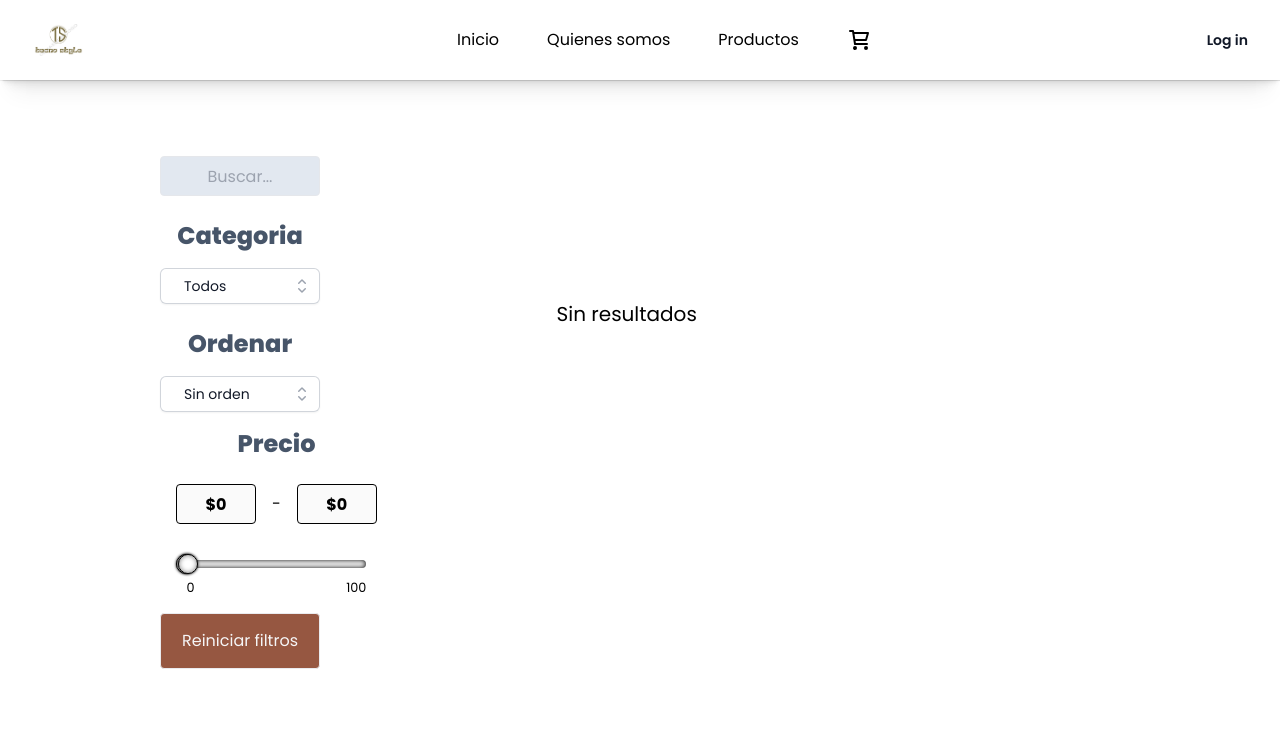
Repository: aitorcachero/api-eshop
Page: /products
The author's editor kept a copy of each file at every save. The page is drawn from the files as they stood at one save, then again after the next save.
The browser window is 1280 px wide. The pictures show the whole page.
The page's requests for data from a server got no answer. The project was rebuilt for these pictures with package versions that can differ from the ones it lists, and the page was loaded fresh each time. No one was signed in, and anything a server would have sent is missing. Also part of the build but not shown: vite.config.js, src/pages/LoginPage/LoginPage.jsx, src/components/ProductCard/ProductCard.jsx, src/components/Loader/Loader.css, src/components/Loader/Loader.jsx, src/components/MultiRangeSlider/MultiRangeSliderBlack.css, src/pages/HomePage/HomePage.jsx, src/services/products/getProductById.js and 4 more.

Above is the page before, as saved 2024-02-23 13:20:08.

After the next save:
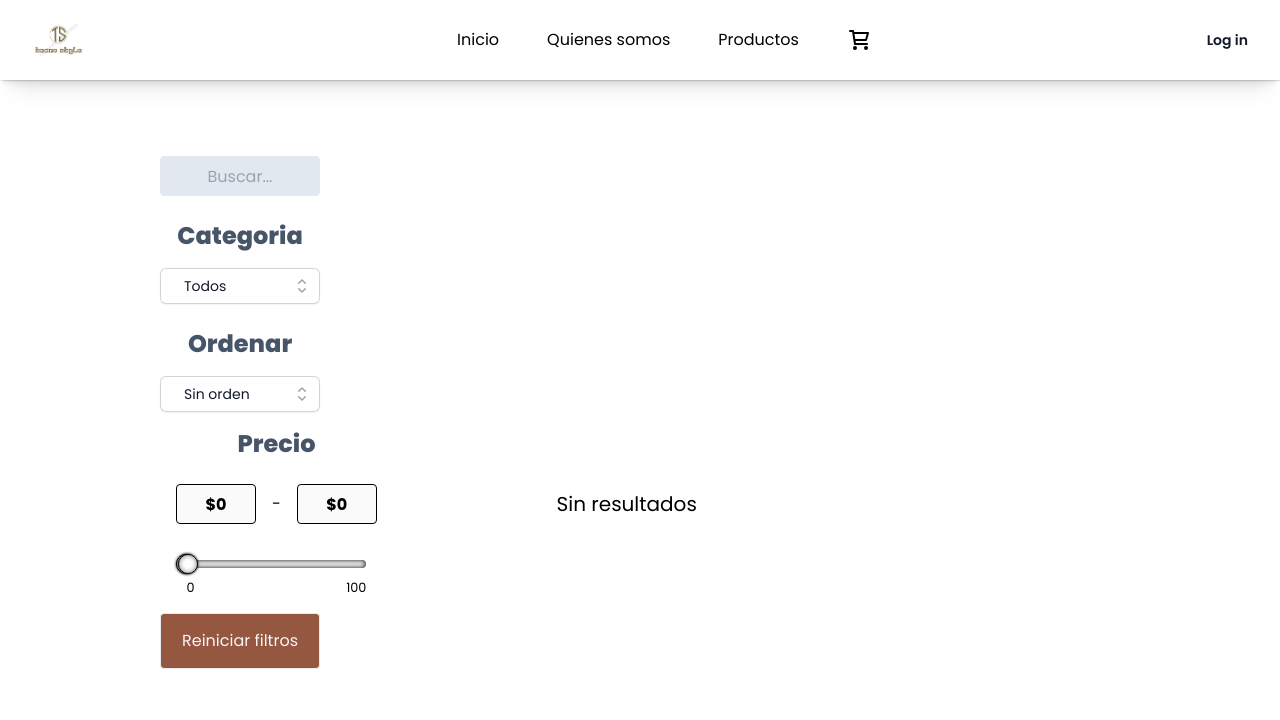
Saved 2 min 37 s later.
--- a/src/pages/ProductsPage/ProductsPage.jsx
+++ b/src/pages/ProductsPage/ProductsPage.jsx
@@ -126,7 +126,7 @@
 
   return filteredProducts ? (
     <div className="h-screen  flex flex-col justify-center items-center">
-      <div className="flex flex-col justify-center items-center lg:justify-start lg:items-center h-full mt-72 lg:w-3/4  lg:flex-row">
+      <div className="flex flex-col justify-center items-center lg:justify-start lg:items-center  mt-72 lg:w-3/4  lg:flex-row">
         <aside className="w-1/4 mt-48 lg:min-h-full lg:mt-6 flex flex-col items-center justify-start lg:fixed lg:items-start">
           <div className="w-92 lg:w-2/4 mt-48 lg:mt-0 ">
             <input

After the save that followed:
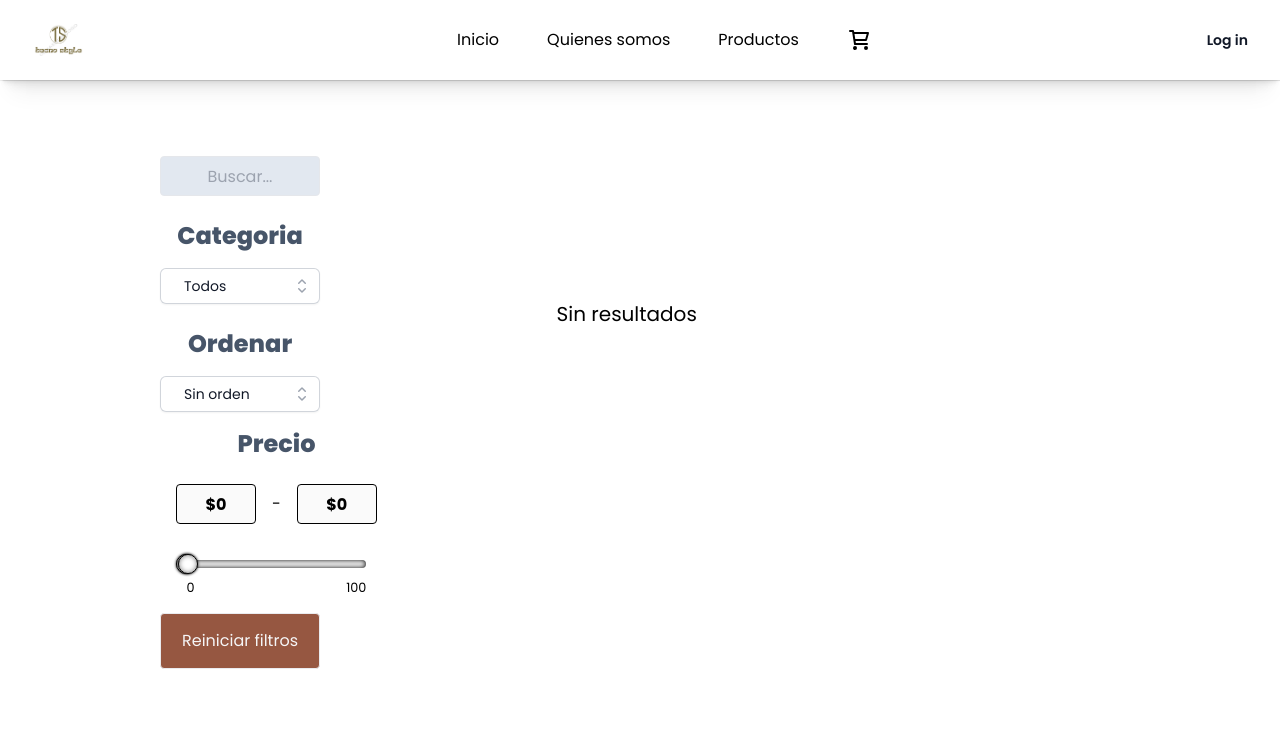
Saved 20 s later.
--- a/src/pages/ProductsPage/ProductsPage.jsx
+++ b/src/pages/ProductsPage/ProductsPage.jsx
@@ -126,7 +126,7 @@
 
   return filteredProducts ? (
     <div className="h-screen  flex flex-col justify-center items-center">
-      <div className="flex flex-col justify-center items-center lg:justify-start lg:items-center  mt-72 lg:w-3/4  lg:flex-row">
+      <div className="flex flex-col justify-center items-center lg:justify-start lg:items-center h-full mt-72 lg:w-3/4  lg:flex-row">
         <aside className="w-1/4 mt-48 lg:min-h-full lg:mt-6 flex flex-col items-center justify-start lg:fixed lg:items-start">
           <div className="w-92 lg:w-2/4 mt-48 lg:mt-0 ">
             <input
